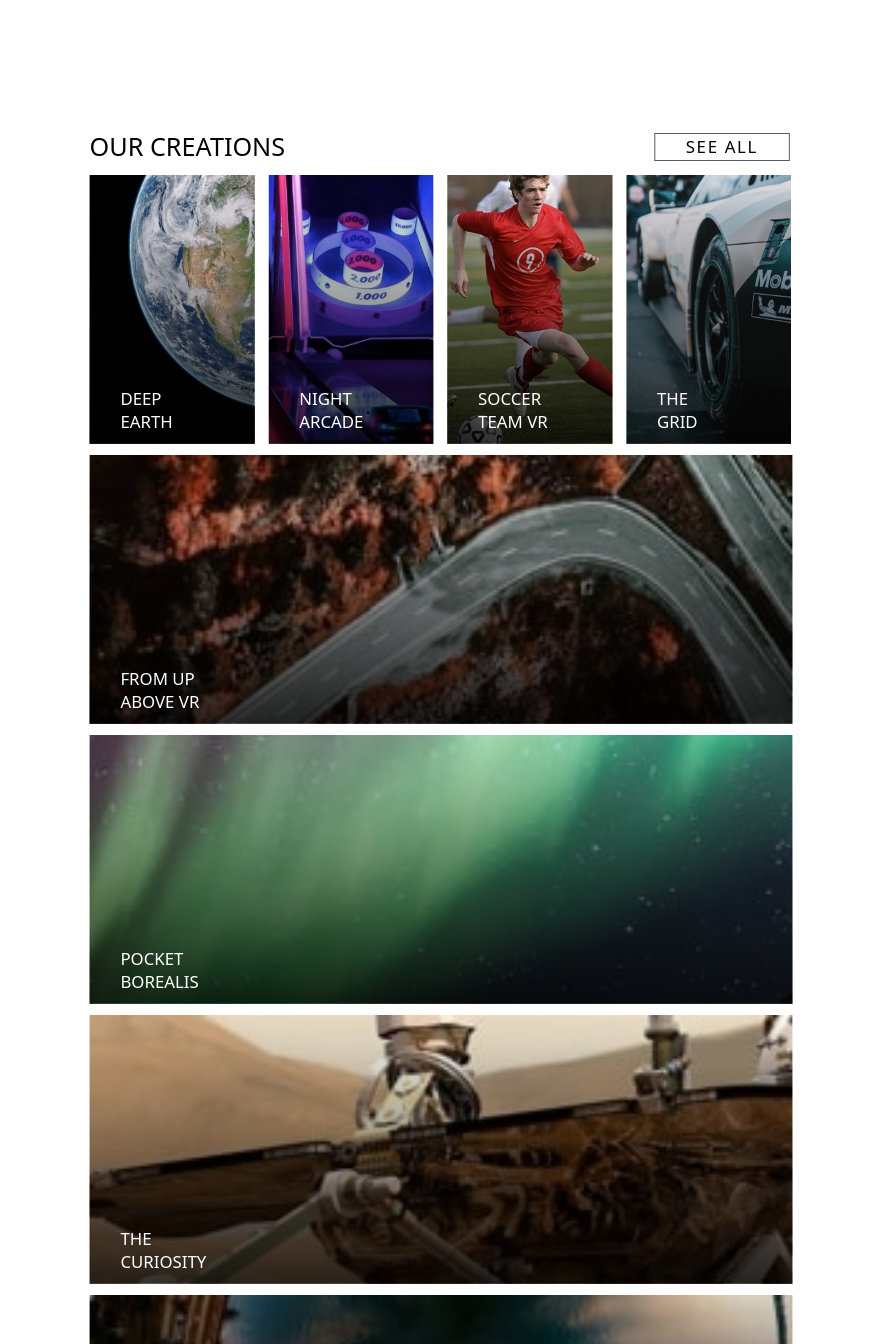
Repository: CAMPSLOPY/StudioLoopApp
Page: index.html
The author's editor kept a copy of each file at every save. The page is drawn from the files as they stood at one save, then again after the next save.
The browser window is 1280 px wide. The pictures show the part of the page from y = 1270 to 3190 px (the page is 3928 px tall before and 4328 px after), at 70% of full size.
Some web fonts or font styles are not loaded; a fallback is used. Some web libraries are served in a nearby version.

Above is the page before, as saved 2021-02-26 03:03:35.

### index.html
<!DOCTYPE html>
<html lang="en">
  <head>
    <title>LoopStudios</title>
    <meta charset="UTF-8" />
    <meta name="viewport" content="width=device-width, initial-scale=1.0" />
    <meta http-equiv="X-UA-Compatible" content="ie=edge" />
    <meta
      name="description"
      content="Building my Loop studio App with Tailwind Css"
    />
    <meta name="robots" content="index,follow" />
    <!-- font awesome -->
    <link
      rel="stylesheet"
      href="https://cdnjs.cloudflare.com/ajax/libs/font-awesome/5.11.2/css/all.min.css"
      integrity="sha256-+N4/V/SbAFiW1MPBCXnfnP9QSN3+Keu+NlB+0ev/YKQ="
      crossorigin="anonymous"
    />
    <link
      rel="icon"
      type="image/png"
      sizes="32x32"
      href="favicon-32x32.png"
    />
    <!-- TAILWIND CSS CDN -->
    <link href="https://unpkg.com/tailwindcss@^2/dist/tailwind.min.css" rel="stylesheet">

    <!-- animate on scroll -->
    <link rel="stylesheet" href="https://unpkg.com/aos@next/dist/aos.css" />

    <!-- STYLESHEET -->
    <link rel="stylesheet" href="main.css"/>
  </head>
  <body>
    <div class="overflow-hidden">
      <!--the whole wrapper-->

      <header
        class="relative bg-no-repeat bg-cover bg-center min-h-screen w-full md:min-h-6/3 lg:min-h-6 header-image"
      >
        <nav
          class="flex text-gray-50 items-center justify-between w-4/5 m-auto pt-8"
        >
          <h1 class="font-extralight text-4xl font-concert md:text-6xl">
            <a href="">loopstudios</a>
          </h1>
          <button id="burger" class="md:hidden">
            <i class="fas fa-bars text-4xl"></i>
          </button>
          <ul class="hidden md:flex">
            <li class="px-1.5 nav-item">
              <a class="nav-link" href="#About"> About</a>
            </li>
            <li class="px-1.5 nav-item">
              <a class="nav-link" href="#Career">Careers</a>
            </li>
            <li class="px-1.5 nav-item">
              <a class="nav-link" href="#Event">Events</a>
            </li>
            <li class="px-1.5 nav-item">
              <a class="nav-link" href="#Product">Products</a>
            </li>
            <li class="px-1.5 nav-item">
              <a class="nav-link" href="#Support">Support</a>
            </li>
          </ul>
        </nav>

        <p
          class="font-normal md:font-thin tracking-widest absolute top-64 left-11 md:left-32 md:top-36 text-white text-3xl md:text-6xl border-2 pr-10 md:pr-56 py-11 pl-6"
        >
          IMMERSIVE<br />
          EXPERIENCES <br />
          THAT DELIVER
        </p>
      </header>
      <!--modal -->
      <div
        id="modal-body"
        class="modal-body hidden fixed flex w-full h-full top-0 left-0 z-50 bg-black text-white flex-col"
      >
        <div class="modal-logo flex justify-between w-4/5 m-auto">
          <h1 class="text-4xl">
            <a href="">loopstudios</a>
          </h1>
          <button class="toggle relative" id="toggle">
            <i class="fas fa-times text-3xl p-4"></i>
          </button>
        </div>

        <ul class="flex flex-col w-4/5 m-auto modal-links uppercase font-light">
          <li class="my-4">
            <a class="text-3xl links" href="#About"> About</a>
          </li>
          <li class="my-4">
            <a class="text-3xl links" href="#Careers">Careers</a>
          </li>
          <li class="my-4">
            <a class="text-3xl links" href="#Event">Events</a>
          </li>
          <li class="my-4">
            <a class="text-3xl links" href="#Products">Products</a>
          </li>
          <li class="my-4">
            <a class="text-3xl links" href="#Support">Support</a>
          </li>
        </ul>
      </div>
      <!--modal end-->
      <section
        id="About"
        class="relative hero-section w-full min-h-screen md:bg-white md:w-4/5 m-auto block md:flex md:min-h-90 text-white justify-center items-center"
      >
        <div class="w-11/12 m-auto pt-24 md:pt-12" data-aos="fade-right">
          <img
            class="w-full h-full object-cover"
            src="/images/desktop/image-interactive.jpg"
            alt="a man with a Vr Device "
          />
        </div>

        <div
          data-aos="fade-left"
          class="w-full -bottom-24 right-32 px-10 relative z-0 md:z-10 bg-white text-gray-900 block md:flex md:justify-center md:items-center md:flex-col pb-20 md:p-4"
        >
          <div class="w-full m-auto relative -right-32 md:right-0 md:-left-20">
            <h1
              data-aos="fade-up"
              data-aos-delay="800"
              data-aos-duration="1000"
              class="text-4xl tracking-widest text-center md:ml-10"
            >
              THE LEADER IN <br />
              INTERACTIVE VR
            </h1>
          </div>
          <div
            class="my-4 w-full -px-2 left-32 w-4/6 md:w-full text-center md:text-left md:left-11 relative md:-right-10 md:px-8 md:py-4"
          >
            <span
              class="relative right-0 md:right-11 text-left tracking-widest md:tracking-normal text-sm md:relative leading-loose text-gray-400"
            >
              Founded in 2011, Loopstudios has been producing world-class <br />
              virtual reality projects for some of the best companies around the
              <br />
              globe. Our award-winning creations have transformed <br />
              businesses through digital experiences that bind to their brand.
            </span>
          </div>
        </div>
      </section>

      <section class="creation relative">
        <div
          id="Event"
          class="creation-body-content min-h-screen pb-20 flex flex-col w-4/5 m-auto md:w-4/5 md:m-auto relative"
        >
          <div
            class="creation-text flex md:text-center md:justify-between my-5"
          >
            <h1 class="font-josefin relative left-0 md:left-0 text-4xl">
              OUR CREATIONS
            </h1>
            <button
              class="text-2xl absolute bottom-2 right-14 text-small font-alata tracking-widest py-2 md:py-0 md:text-small md:relative md:-left-6 md:bottom-0 border border-gray-900 px-11 tracking-widest hover:bg-black hover:text-white"
            >
              SEE ALL
            </button>
          </div>

          <div
            id="Career"
            class="creation-images flex flex-col flex-wrap md:flex-row cursor-pointer"
          >
            <div
              data-aos="fade-right"
              id="card-box"
              class="relative bg-no-repeat bg-cover bg-center earth mr-5 mb-4 card h-38 w-full md:h-96 md:w-better card-box"
            >
              <img
                src="/images/mobile/image-deep-earth.jpg"
                alt="a picture of the earth"
                class="object-cover w-full h-full block md:hidden"
              />

              <p
                class="absolute bottom-4 left-11 text-white text-2xl font-josefin card-box-p"
              >
                DEEP <br />
                EARTH
              </p>
            </div>
            <div
              data-aos="fade-up"
              id="card-box"
              class="card-box relative bg-no-repeat bg-cover bg-center card mr-5 mb-4 arcade h-32 w-full md:h-96 md:w-better"
            >
              <img
                src="/images/mobile/image-night-arcade.jpg"
                alt="a picture of a cassette tape"
                class="object-cover w-full h-full block md:hidden"
              />
              <p
                class="absolute bottom-4 left-11 text-white text-2xl font-josefin card-box-p"
              >
                NIGHT <br />
                ARCADE
              </p>
            </div>
            <div
              data-aos="fade-down"
              id="card-box"
              class="card-box relative h-38 w-full card mr-5 mb-4 vr md:h-96 bg-no-repeat bg-cover bg-center md:w-better"
            >
              <img
                src="/images/mobile/image-soccer-team.jpg"
                alt="a picture of a football player"
                class="object-cover w-full h-full block md:hidden"
              />
              <p
                class="absolute bottom-4 left-11 text-white text-2xl font-josefin card-box-p"
              >
                SOCCER <br />
                TEAM VR
              </p>
            </div>
            <div
              data-aos="fade-left"
              id="card-box"
              class="card-box relative h-38 w-full mr-5 mb-4 card gridd md:h-96 bg-no-repeat bg-cover bg-center md:w-better"
            >
              <img
                src="/images/mobile/image-grid.jpg"
                alt="a picture of a sport car"
                class="object-cover w-full h-full block md:hidden"
              />

              <p
                class="absolute bottom-4 left-11 text-white text-2xl font-josefin card-box-p"
              >
                THE <br />
                GRID
              </p>
            </div>
            <div
              data-aos="fade-right"
              id="card-box"
              class="md:card-box relative mr-5 mb-4 h-38 w-full card above-vr md:h-96 bg-no-repeat bg-cover bg-center md:w-better"
            >
              <img
                src="/images/mobile/image-from-above.jpg"
                alt="a picture of a curvy road on the mountains"
                class="object-cover w-full h-full block md:hidden"
              />
              <p
                class="absolute bottom-4 left-11 text-white text-2xl font-josefin card-box-p"
              >
                FROM UP <br />
                ABOVE VR
              </p>
            </div>
            <div
              data-aos="fade-down"
              id="card-box"
              class="md:card-box relative h-38 w-full mr-5 mb-4 card borealis md:h-96 bg-no-repeat bg-cover bg-center md:w-better"
            >
              <img
                src="/images/mobile/image-pocket-borealis.jpg"
                alt="picture of the moon, star and a mountain"
                class="object-cover w-full h-full block md:hidden"
              />
              <p
                class="absolute bottom-4 left-11 text-white text-2xl font-josefin card-box-p"
              >
                POCKET <br />
                BOREALIS
              </p>
            </div>
            <div
              data-aos="fade-up"
              id="card-box"
              class="md:card-box relative mr-5 mb-4 h-38 w-full card curiosity md:h-96 bg-no-repeat bg-cover bg-center md:w-better"
            >
              <img
                src="/images/mobile/image-curiosity.jpg"
                alt="picture of a network radar"
                class="object-cover w-full h-full block md:hidden"
              />
              <p
                class="absolute bottom-4 left-11 text-white text-2xl font-josefin card-box-p"
              >
                THE <br />
                CURIOSITY
              </p>
            </div>
            <div
              data-aos="fade-left"
              id="card-box"
              class="md:card-box relative mr-5 mb-4 h-38 w-full card fisheye md:h-96 bg-no-repeat bg-cover bg-center md:w-better"
            >
              <img
                src="/images/mobile/image-curiosity.jpg"
                alt="picture of a network radar"
                class="object-cover w-full h-full block md:hidden"
              />
              <p
                class="absolute bottom-4 left-11 text-white text-2xl font-josefin card-box-p"
              >
                MAKE IT <br />
                FISHEYE
              </p>
            </div>
          </div>
        </div>
      </section>

      <footer
        id="Support"
        class="min-h-60 md:min-h-60 bg-black text-white mt-10 relative"
      >
        <div
          class="footer-body w-full flex flex-col relative -bottom-52 md:-bottom-40"
        >
          <div
            class="footer-logo w-4/5 m-auto md:pb-8 flex md:flex-row flex-col justify-between relative"
          >
            <h3 class="my-8 pt-16 text-center md:text-left font-bold text-4xl">
              loopstudios
            </h3>
            <ul
              class="footer-socials flex justify-center items-center relative -bottom-52 md:bottom-0"
            >
              <li class="px-1.5 footer-item">
                <a class="footer-link" href=""
                  ><img
                    class="pb-1"
                    src="./images/icon-facebook.svg"
                    alt="facebook official logo"
                /></a>
              </li>
              <li class="px-1.5 footer-item">
                <a class="footer-link" href=""
                  ><img
                    class="pb-1"
                    src="./images/icon-twitter.svg"
                    alt="twitter logo"
                /></a>
              </li>
              <li class="px-1.5 footer-item">
                <a class="footer-link" href=""
                  ><img
                    class="pb-1"
                    src="./images/icon-pinterest.svg"
                    alt="pinterest logo"
                /></a>
              </li>
              <li class="px-1.5 footer-item">
                <a class="footer-link" href=""
                  ><img
                    class="pb-1"
                    src="./images/icon-instagram.svg"
                    alt="instagram logo"
                /></a>
              </li>
            </ul>
          </div>
          <div
            class="relative w-4/5 m-auto flex flex-col md:flex-row md:justify-between"
          >
            <ul
              class="relative bottom-11 md:bottom-8 flex flex-col md:flex-row items-center md:justify-around my-2 md:m-0"
            >
              <li class="py-2 relative left-28 md:-left-4 footer-item md:pr-4">
                <a class="pb-1 footer-link footer-links" href="#about">About</a>
              </li>
              <li class="py-2 relative left-28 md:-left-4 footer-item md:pr-4">
                <a class="pb-1 footer-link footer-links" href="#careers"
                  >Careers</a
                >
              </li>
              <li class="py-2 footer-item left-28 relative md:-left-4 md:pr-4">
                <a class="pb-1 footer-link footer-links" href="#events"
                  >Events</a
                >
              </li>
              <li class="py-2 footer-item left-28 relative md:-left-4 md:pr-4">
                <a class="pb-1 footer-link footer-links" href="#products"
                  >Product</a
                >
              </li>
              <li class="py-2 footer-item left-28 relative md:-left-4 md:pr-4">
                <a class="pb-1 footer-link footer-links" href="#support"
                  >Support</a
                >
              </li>
            </ul>
            <span class="pb-16">
              <p class="text-gray-600 md:text-white">
                © 2021 Loopstudios. All rights reserved.
              </p></span
            >
          </div>

          <div
            class="hidden attribution absolute pb-4 -bottom-16 left-60 text-gray-600"
          >
            <a>Challenge by</a>

            <a
              class="text-blue-300"
              href="https://www.frontendmentor.io?ref=challenge"
              target="_blank"
              >Frontend Mentor</a
            >
            Coded by
            <a class="text-blue-300" href="https://github.com/CAMPSLOPY">
              CampSlopy 👨🏾‍🦲</a
            >
          </div>
        </div>
      </footer>
    </div>
    <!-- animate On scroll script -->
    <script src="https://unpkg.com/aos@next/dist/aos.js"></script>
    <!-- workflow script -->
    <script src="app.js"></script>
  </body>
</html>

### main.css
@import url("https://fonts.googleapis.com/css2?family=Alata&family=Josefin+Sans:ital,wght@0,200;1,400&display=swap");
@import url("https://fonts.googleapis.com/css2?family=Concert+One&display=swap");

html {
  scroll-behavior: smooth;
}
.header-image {
  background-image: linear-gradient(to top, rgba(0, 0, 0, 0.8), transparent),
    url(./images/desktop/image-hero.jpg);
}

.earth {
  background-image: linear-gradient(to top, rgba(0, 0, 0, 0.8), transparent),
    url(./images/desktop/image-deep-earth.jpg);
}

.arcade {
  background-image: linear-gradient(to top, rgba(0, 0, 0, 0.8), transparent),
    url(./images/desktop/image-night-arcade.jpg);
}
.vr {
  background-image: linear-gradient(to top, rgba(0, 0, 0, 0.8), transparent),
    url(./images/desktop/image-soccer-team.jpg);
}

.gridd {
  background-image: linear-gradient(to top, rgba(0, 0, 0, 0.8), transparent),
    url(./images/desktop/image-grid.jpg);
}

.above-vr {
  background-image: linear-gradient(to top, rgba(0, 0, 0, 0.8), transparent),
    url(./images/desktop/image-from-above.jpg);
}

.borealis {
  background-image: linear-gradient(to top, rgba(0, 0, 0, 0.8), transparent),
    url(./images/desktop/image-pocket-borealis.jpg);
}

.curiosity {
  background-image: linear-gradient(to top, rgba(0, 0, 0, 0.8), transparent),
    url(./images/desktop/image-curiosity.jpg);
}
.fisheye {
  background-image: linear-gradient(to top, rgba(0, 0, 0, 0.8), transparent),
    url(./images/desktop/image-fisheye.jpg);
}

.menu:hover {
  border-bottom: 1px solid #0000;
}

.footer-body {
  transform: translate(-50%, -50%);
  top: 50%;
  left: 50%;
}

body {
  overflow-x: hidden;
}

#card-box::before {
  content: "";
  position: absolute;
  top: 0;
  left: 0;
  display: block;
  width: 100%;
  height: 100%;
  background: rgba(255, 255, 255, 0.6);
  z-index: 2;
  transition: 0.5s;
  opacity: 0;
}

#card-box:hover:before {
  opacity: 1;
}

#card-box:hover .card-box-p {
  color: black;
  z-index: 3;
}

.toggle {
  top: -20px;
  right: -15px;
}

.toggle .fa-times {
  font-size: 2.7rem;
}

/* desktop styling for the nav links */
.nav-item {
  list-style: none;
  font-size: 1rem;
  margin-bottom: 1rem;
  margin: 0 auto;
  margin-left: 1.5rem;
}

.nav-link {
  position: relative;
  color: #fff;
  text-decoration: none;
  font-family: "Alata", sans-serif;
}

.nav-link::after {
  content: "";
  position: absolute;
  top: 2rem;
  background-color: #fff;
  height: 0.2rem;
  width: 0%;
  opacity: 0;
  transition: all 0.5s ease-in-out;
}

.nav-link::before {
  content: "";
  position: absolute;
  top: 2rem;
  background-color: #fff;
  height: 0.2rem;
  width: 0%;
  opacity: 0;
  transition: all 0.5s ease-in-out;
}

.nav-link::before {
  right: 32%;
}

.nav-link::after {
  left: 32%;
}

.nav-link:hover::after,
.nav-link:hover::before {
  width: 0.8rem;
  opacity: 1;
}

/* FOOTER*/

.footer-link::after {
  left: 20%;
}
.footer-link::before {
  right: 20%;
}

.footer-links::after {
  left: 40%;
}
.footer-links::before {
  right: 40%;
}

.footer-link::before {
  content: "";
  position: absolute;
  top: 2rem;
  background-color: #fff;
  height: 0.2rem;
  width: 0%;
  opacity: 0;
  transition: all 0.5s ease-in-out;
}

.footer-link::after {
  content: "";
  position: absolute;
  top: 2rem;
  background-color: #fff;
  height: 0.2rem;
  width: 0%;
  opacity: 0;
  transition: all 0.5s ease-in-out;
}

.footer-link {
  position: relative;
  color: #fff;
  text-decoration: none;
  font-family: "Alata", sans-serif;
}

.footer-item {
  list-style: none;
  font-size: 1rem;
  margin-bottom: 1rem;
  margin: 0 auto;
  margin-left: 1rem;
  text-align: center;
}
.footer-link:hover::after,
.footer-link:hover::before {
  width: 0.8rem;
  opacity: 1;
}

.footer-logo h3 {
  font-family: "Alata", sans-serif;
}


/* Card-box */

.card-box{
    width: 23%;
}

### app.js
const burger = document.getElementById("burger");
const togglebtn = document.getElementById("toggle");
const modal = document.getElementById("modal-body");
const links = document.querySelectorAll(".links");

burger.addEventListener("click", () => {
  modal.style.display = "flex";
});

togglebtn.addEventListener("click", () => {
  modal.style.display = "none";
});
links.forEach((link) => {
  link.addEventListener("click", () => {
    modal.style.display = "none";
  });
});

AOS.init({
  // offset: 120,
  delay: 400,
  duration: 1000,
  once: true,
});

After the next save:
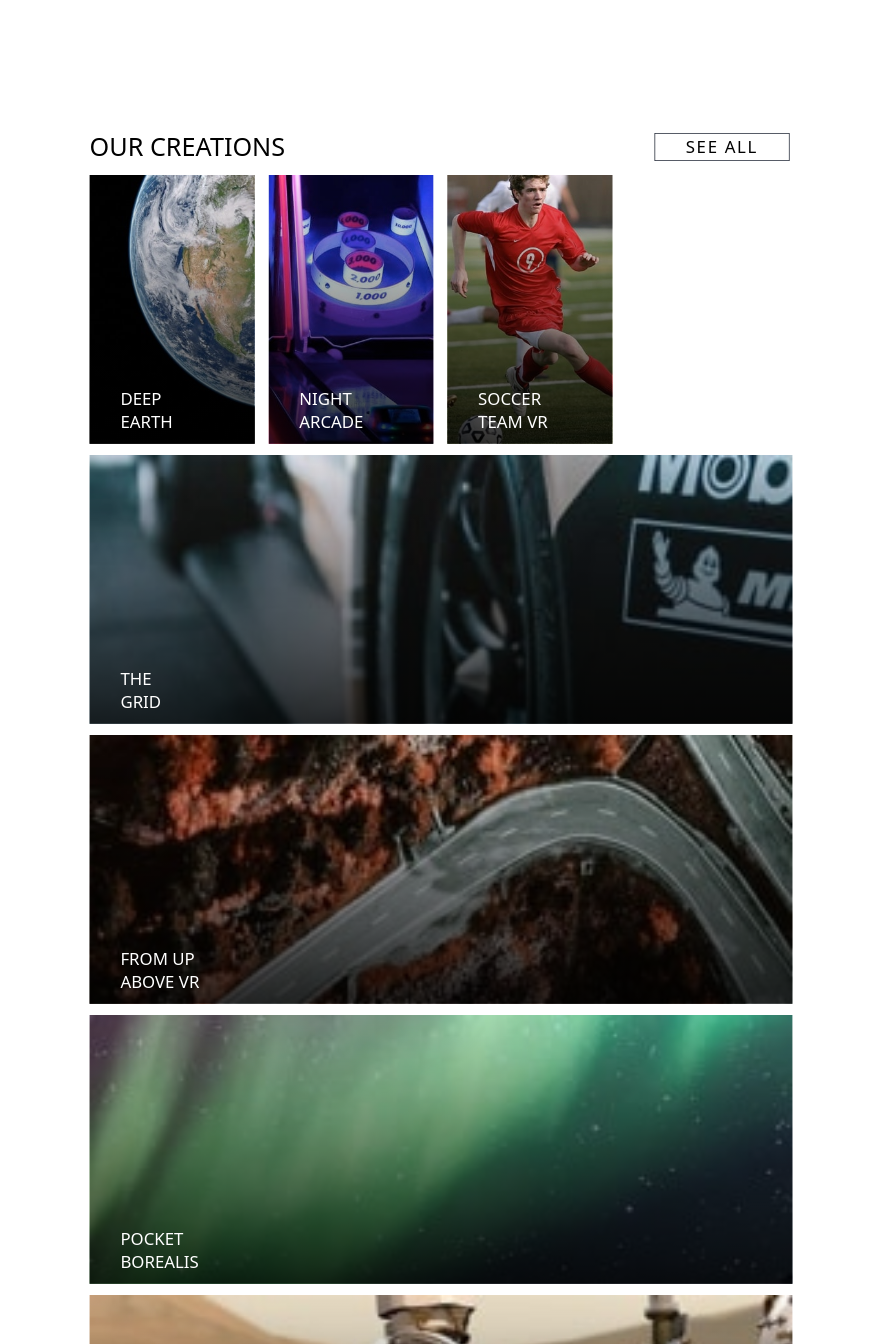
Saved 7 s later.
--- a/index.html
+++ b/index.html
@@ -228,7 +228,7 @@
             <div
               data-aos="fade-left"
               id="card-box"
-              class="card-box relative h-38 w-full mr-5 mb-4 card gridd md:h-96 bg-no-repeat bg-cover bg-center md:w-better"
+              class="md:card-box relative h-38 w-full mr-5 mb-4 card gridd md:h-96 bg-no-repeat bg-cover bg-center md:w-better"
             >
               <img
                 src="/images/mobile/image-grid.jpg"
